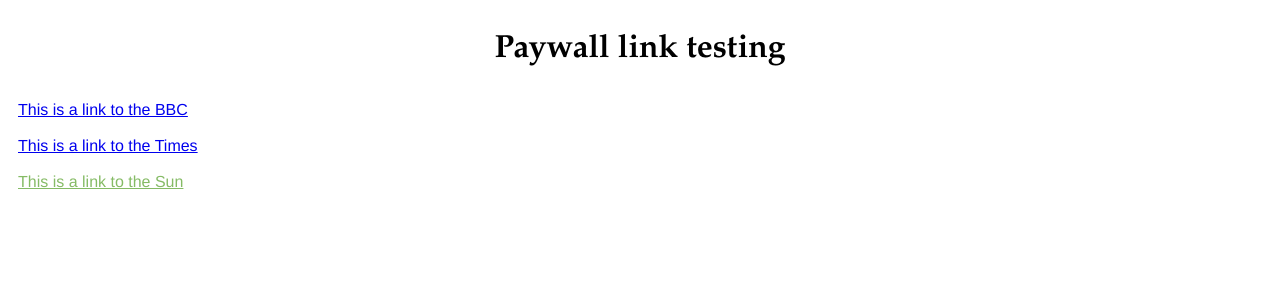
Repository: juzzell/paywall-links
Page: hello-world.html
The author's editor kept a record of every edit. The page is drawn from the files as they stood at one moment, then again after the next edit.
The browser window is 1280 px wide. The pictures show the whole page.

Above is the page before.

After the next edit:
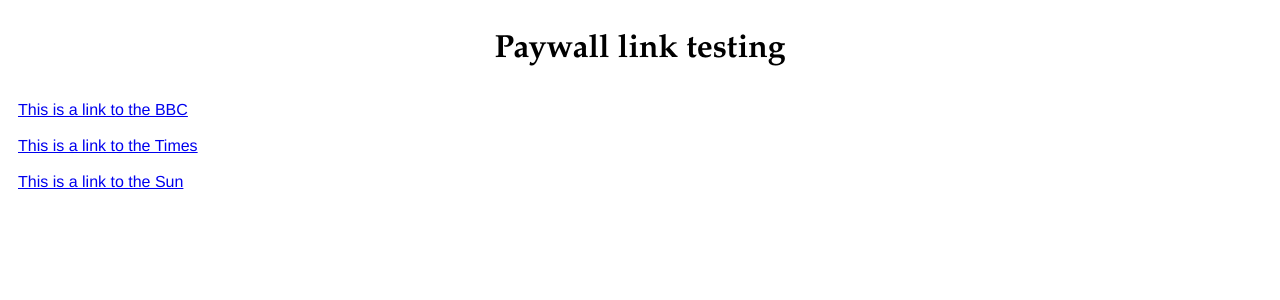
The edit:
--- a/hello-world.html
+++ b/hello-world.html
@@ -23,7 +23,7 @@
 
 }
 
-a:hover[href^="http://www.thetimes.co.uk/"], a[href^="http://www.thesun.co.uk"] {
+a:[href^="http://www.thetimes.co.uk/"], a[href^="http://www.thesun.co.uk/"] {
         color: #85bb65;
 }
 
